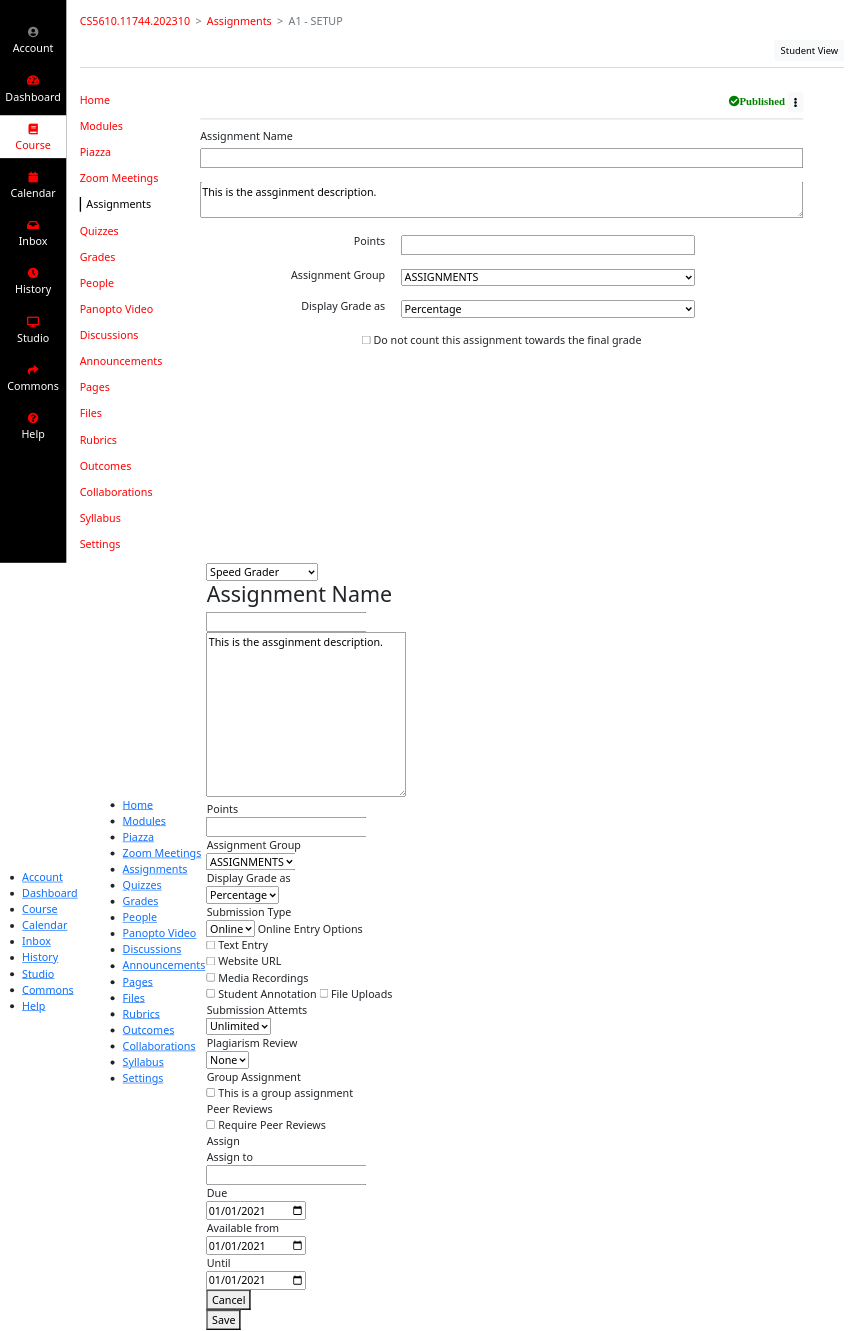
Repository: yuqiant/kanbas-react-web-app
Page: public/kanbas/assignment/edit.html
These files come from the project's save history. The page is drawn as it stood at one moment and after the next save; the edit follows.
The browser window is 1280 px wide. The pictures show the whole page, at 67% of full size.

Above is the page before, as saved 2023-10-05 00:58:36.

After the next save:
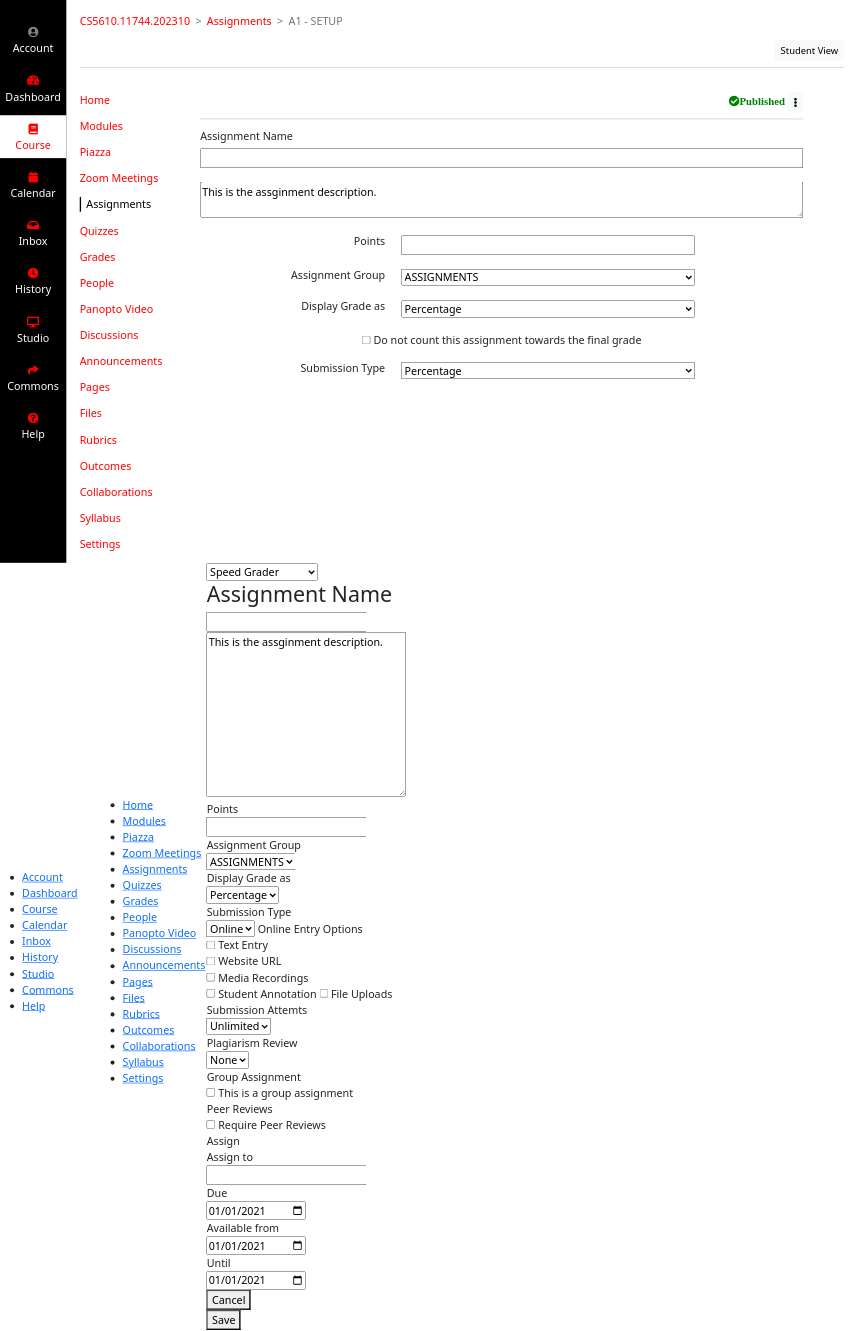
Saved 46 s later.
--- a/public/kanbas/assignment/edit.html
+++ b/public/kanbas/assignment/edit.html
@@ -142,6 +142,14 @@
                     </div>
 
                     <div class="row">
+                        <div class="col-md-6 text-end">
+                            <h6>Submission Type</h6>
+                        </div>
+                        <div class="col-md-6">
+                            <select id="select-one" style="width: 100%;">
+                                <option value="ALL">Percentage</option>
+                            </select>
+                        </div>
 
 
                     </div>
